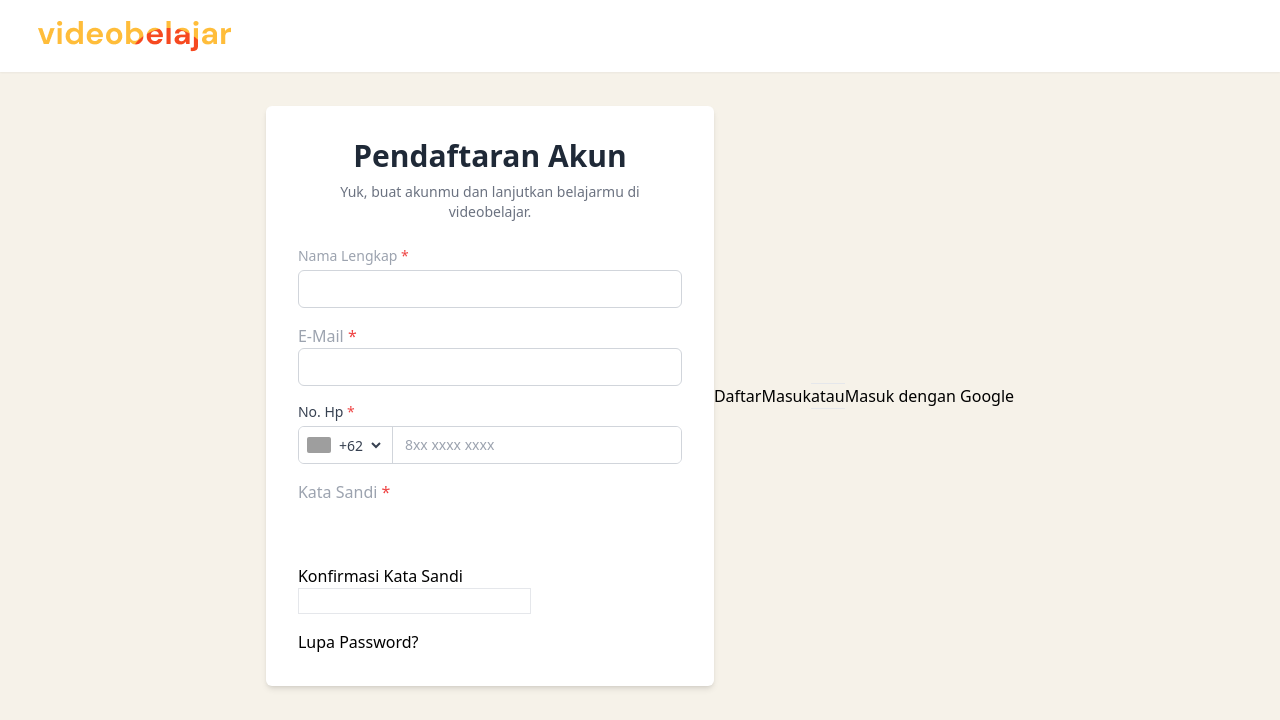
Repository: dimascahyanugraha/Course-Mission-4
Page: /signup
The author's editor kept a copy of each file at every save. The page is drawn from the files as they stood at one save, then again after the next save.
The browser window is 1280 px wide. The pictures show the whole page.
Pictures or frames that could not be fetched are drawn as grey boxes. The project was rebuilt for these pictures with package versions that can differ from the ones it lists, and the page was loaded fresh each time. Also part of the build but not shown: vite.config.js, src/components/LoginPage.jsx.

Above is the page before, as saved 2026-05-29 19:39:41.

After the next save:
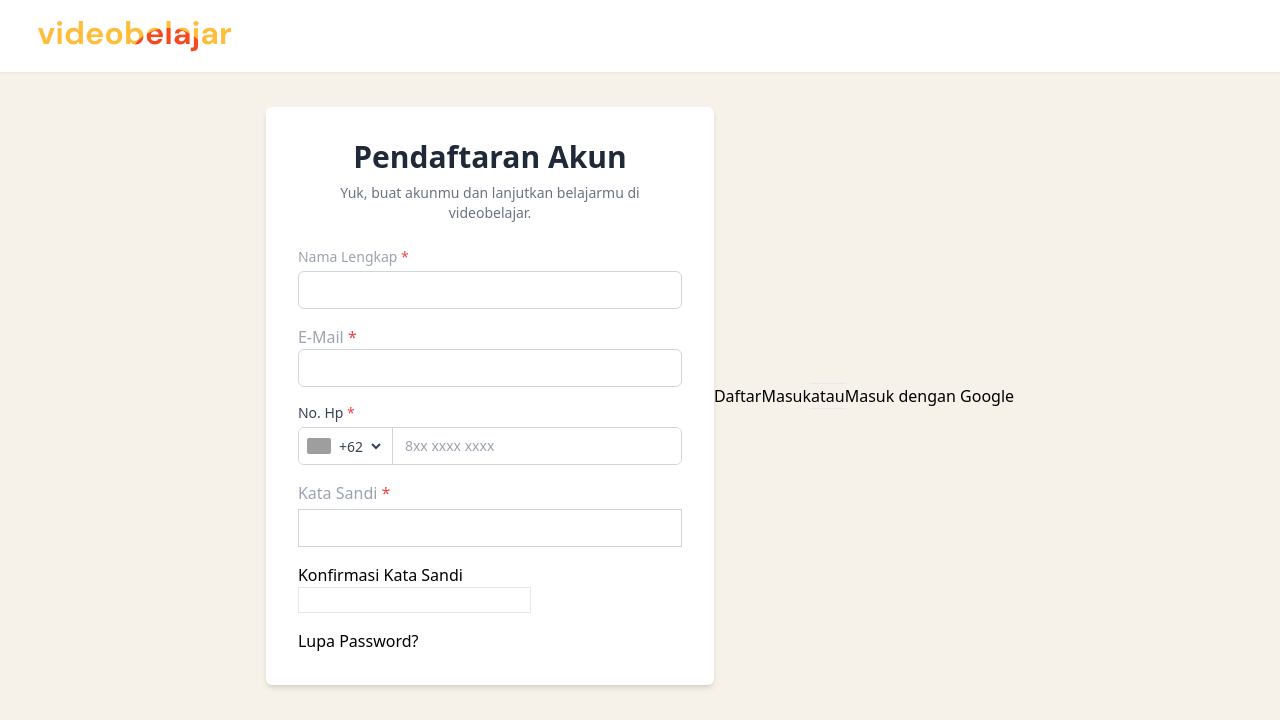
Saved 5 s later.
--- a/src/components/Signup.jsx
+++ b/src/components/Signup.jsx
@@ -66,7 +66,7 @@ export default function Signup() {
               </label>
               <input
                 type="password"
-                className="w-full mt-1 text-smborder border-gray-300 px-3 py-2 focus:outline-none focus:ring-2 focus:ring-green-500"
+                className="w-full mt-1 text-sm border border-gray-300 px-3 py-2 focus:outline-none focus:ring-2 focus:ring-green-500"
               />
             </div>
             <div>
